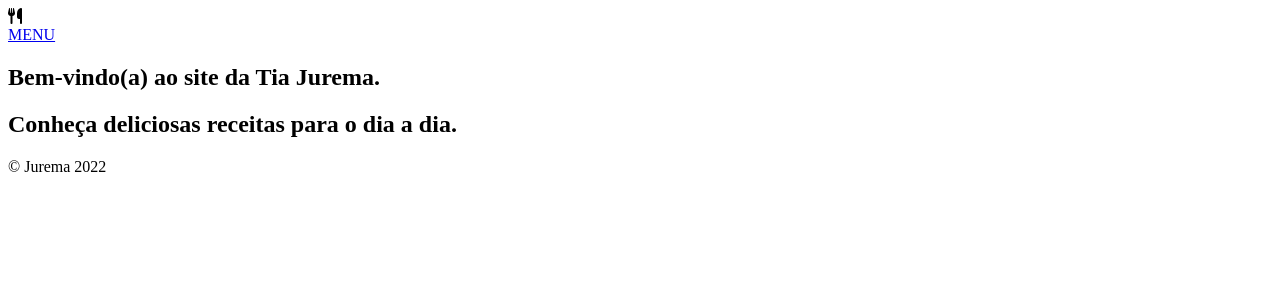
Repository: devropaes/RECEITAS
Page: OneDrive/Área de Trabalho/Estudos/Estácio/receitas/home.html
An editor plug-in stored every save of this project. The page is shown before and after the next save, followed by the edit.
The browser window is 1280 px wide. The pictures show the whole page.
Some web libraries are served in a nearby version.

Above is the page before, as saved 2024-03-11 18:52:44.

After the next save:
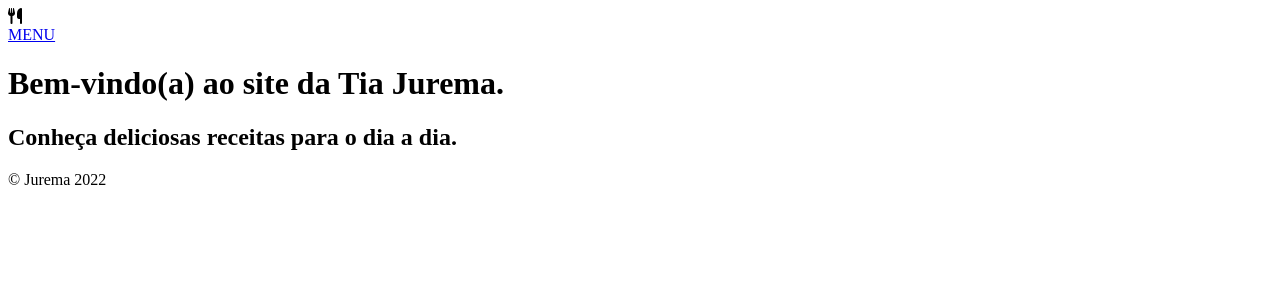
Saved 3 min 0 s later.
--- a/OneDrive/Área de Trabalho/Estudos/Estácio/receitas/home.html
+++ b/OneDrive/Área de Trabalho/Estudos/Estácio/receitas/home.html
@@ -9,8 +9,8 @@
 
 </head>
 <body>
-  <header class="cabecalho">
-    <nav class="cabecalho__menu">
+  <header class="cabecalho"></header>
+    <nav class="cabecalho__menu"></nav>
         <a class="cabecalho__menu__link" href="index.html">MENU</a>
   <main>
     <h1>Bem-vindo(a) ao site da Tia Jurema.</h1>

After the save that followed:
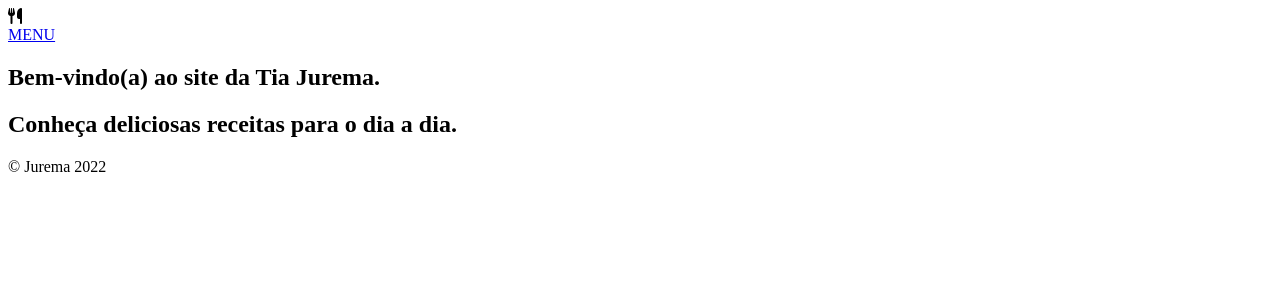
Saved 6 min 3 s later.
--- a/OneDrive/Área de Trabalho/Estudos/Estácio/receitas/home.html
+++ b/OneDrive/Área de Trabalho/Estudos/Estácio/receitas/home.html
@@ -9,13 +9,15 @@
 
 </head>
 <body>
-  <header class="cabecalho"></header>
-    <nav class="cabecalho__menu"></nav>
+  <header class="cabecalho">
+    <nav class="cabecalho__menu">
         <a class="cabecalho__menu__link" href="index.html">MENU</a>
   <main>
     <h1>Bem-vindo(a) ao site da Tia Jurema.</h1>
      <h2>Conheça deliciosas receitas para o dia a dia.</h2>
 
+   </header>
+      </nav>
     </main>
 
 
